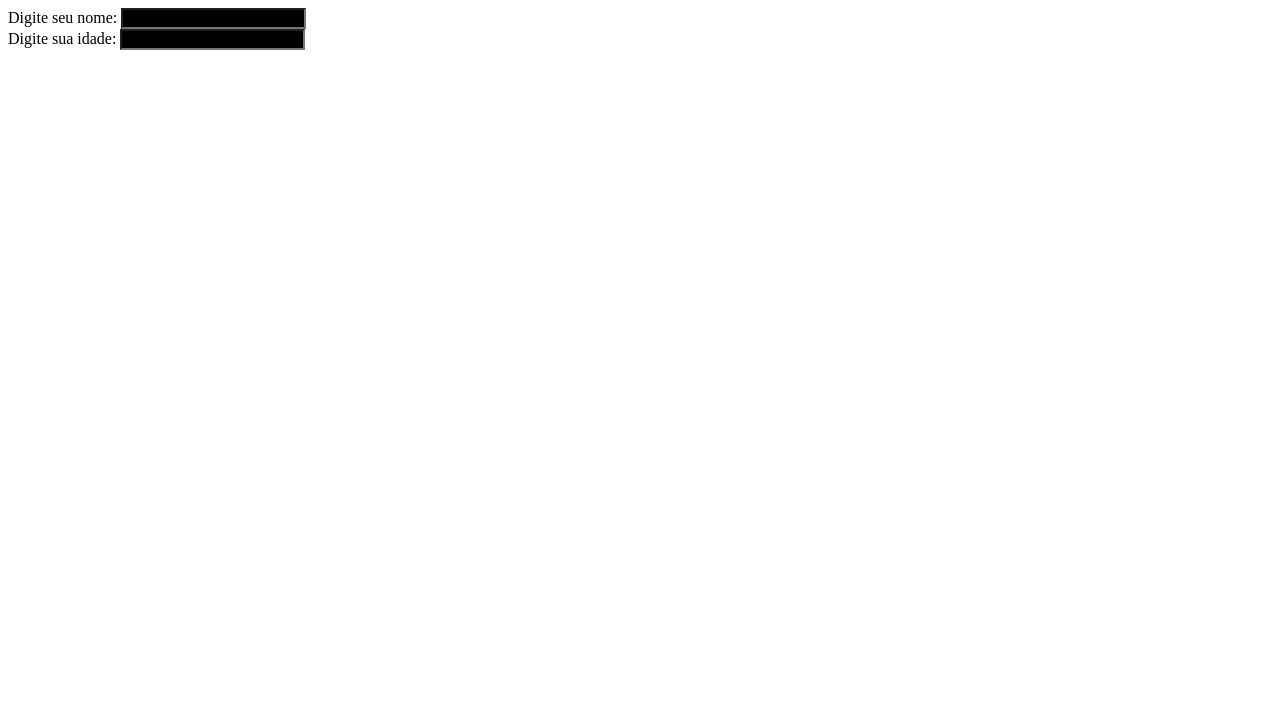
Repository: luiz123098/Sobre-mim-em-HTM-CSS
Page: estudosHtmlCss.html
These files come from the project's save history. The page is drawn as it stood at one moment and after the next save; the edit follows.
The browser window is 1280 px wide. The pictures show the whole page.

Above is the page before, as saved 2023-03-03 14:12:11.

After the next save:
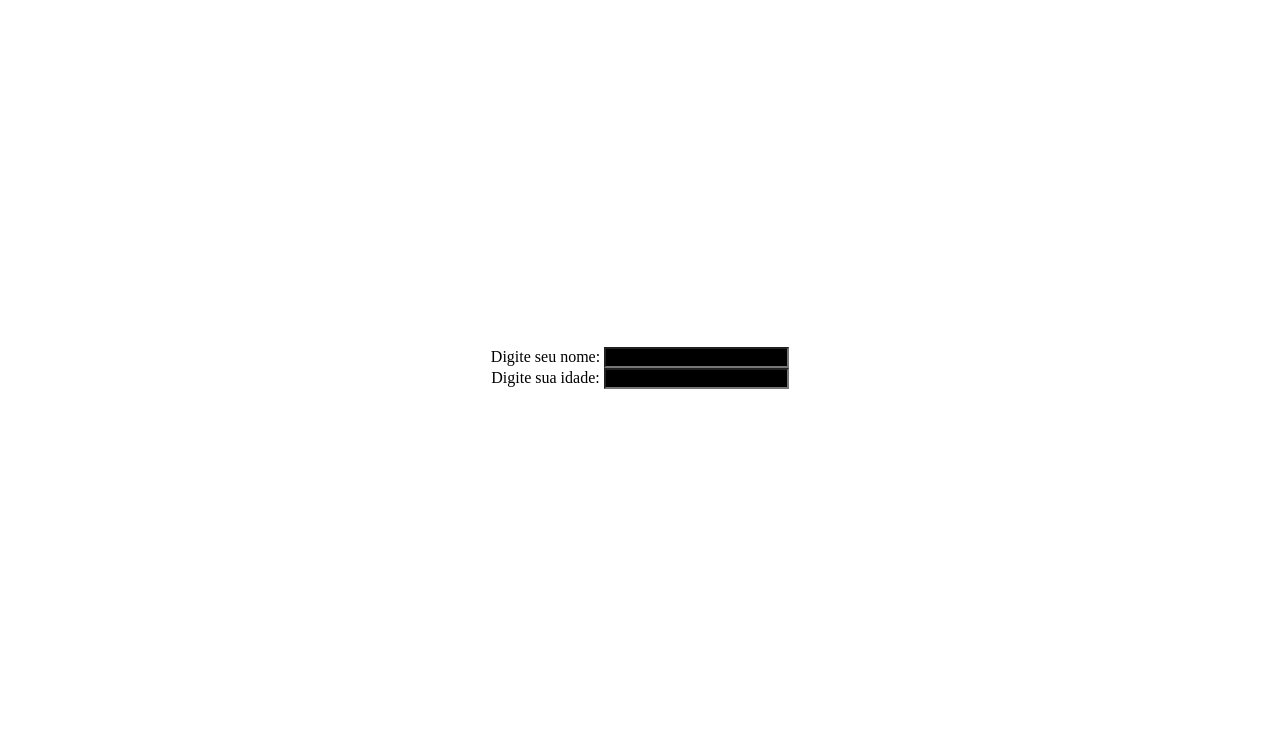
Saved 39 s later.
--- a/estudosHtmlCss.html
+++ b/estudosHtmlCss.html
@@ -6,6 +6,13 @@
     <meta name="viewport" content="width=device-width, initial-scale=1.0">
     <title>Document</title>
     <style>
+        body {
+            display: flex;
+            align-items: center;
+            justify-content: center;
+            height: 100vh;
+        }
+
         .buttom{
             margin: 0;
             background-color: black;
